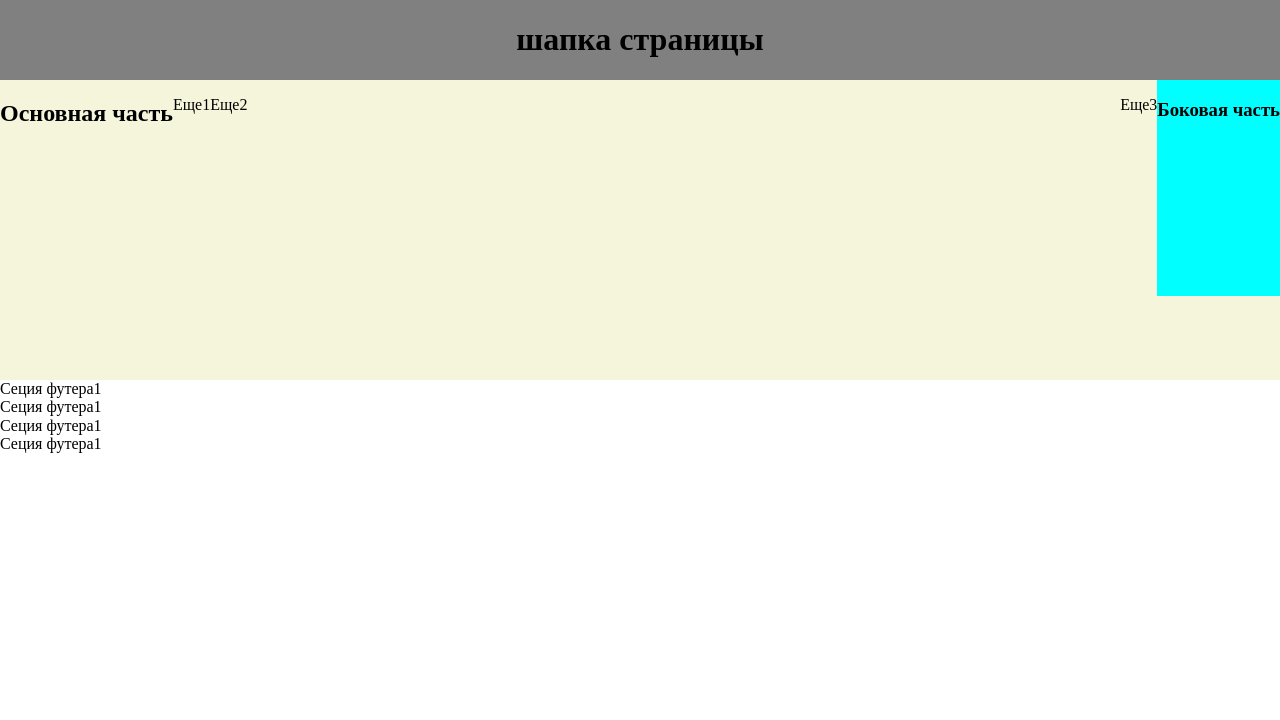
Repository: IrinaGetmanenko/week5
Page: week5/index.html
The author's editor kept a copy of each file at every save. The page is drawn from the files as they stood at one save, then again after the next save.
The browser window is 1280 px wide. The pictures show the whole page.

Above is the page before, as saved 2022-08-27 21:00:01.

After the next save:
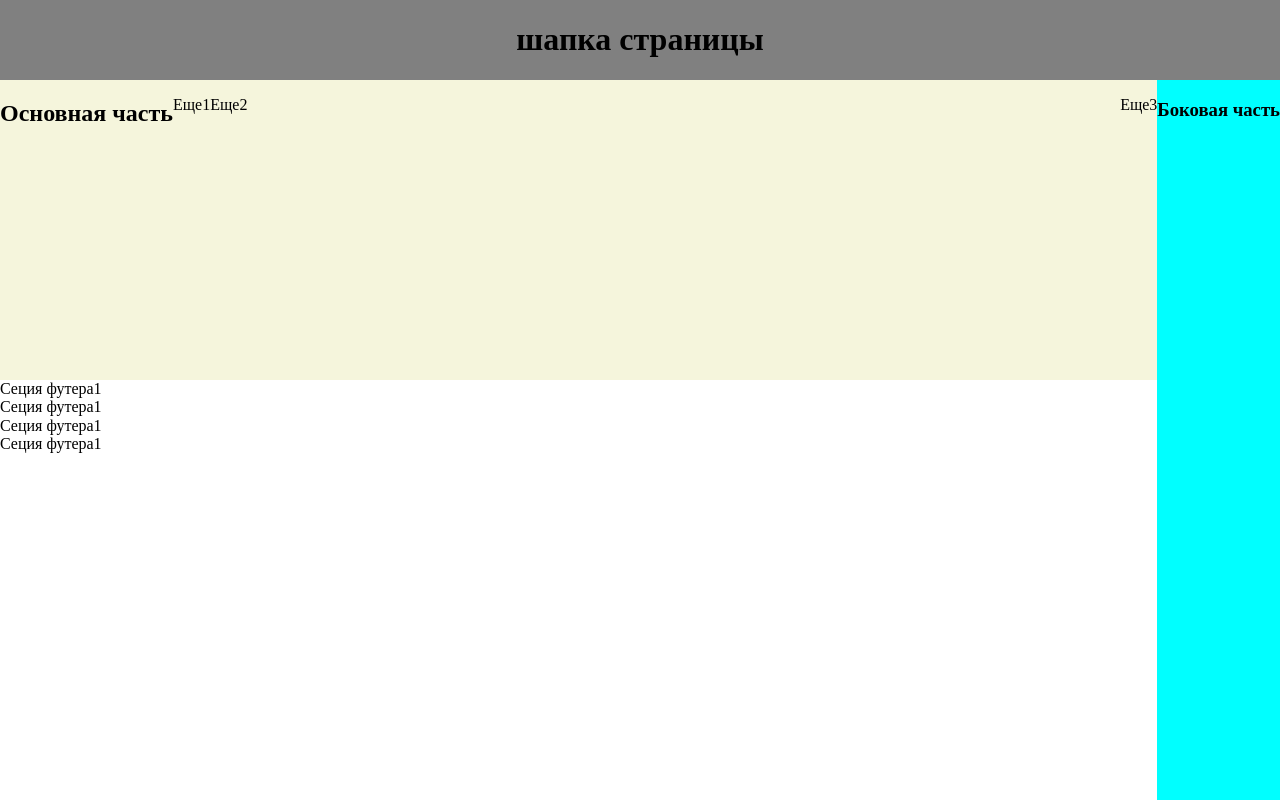
Saved 12 s later.
--- a/week5/index.html
+++ b/week5/index.html
@@ -38,7 +38,7 @@
 .aside{
     display: flex;
     justify-content: flex-end;
-    height: 30vh;
+    height: 100vh;
     background-color: aqua;
 
 
